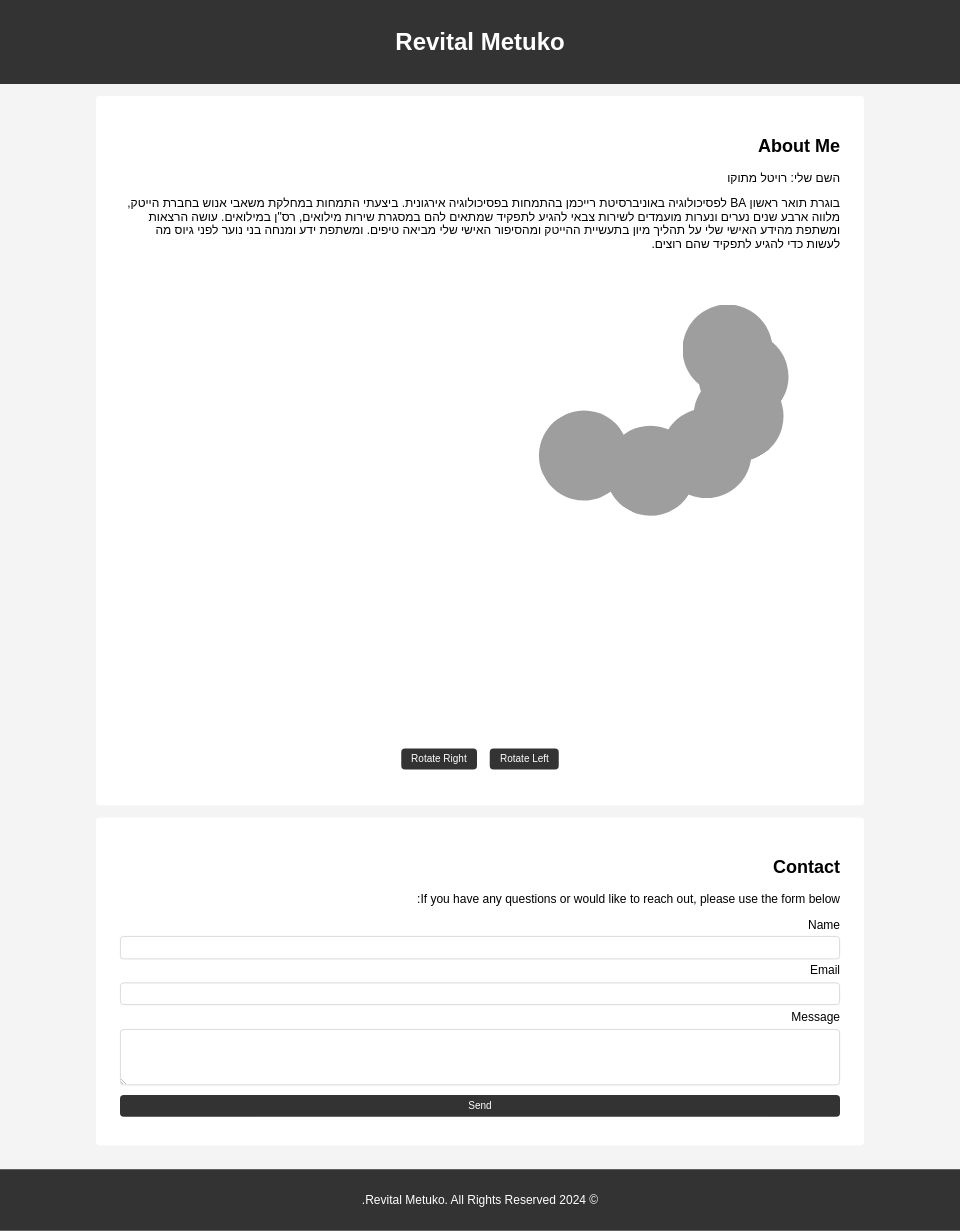
Repository: revitalmetuko/spiral-gallery
Page: RevitalWeb/index.html
The author's editor kept a copy of each file at every save. The page is drawn from the files as they stood at one save, then again after a run of saves.
The browser window is 1280 px wide. The pictures show the whole page, at 75% of full size.
Pictures or frames that could not be fetched are drawn as grey boxes.

Above is the page before, as saved 2024-08-03 22:31:41.

After the next 2 saves:
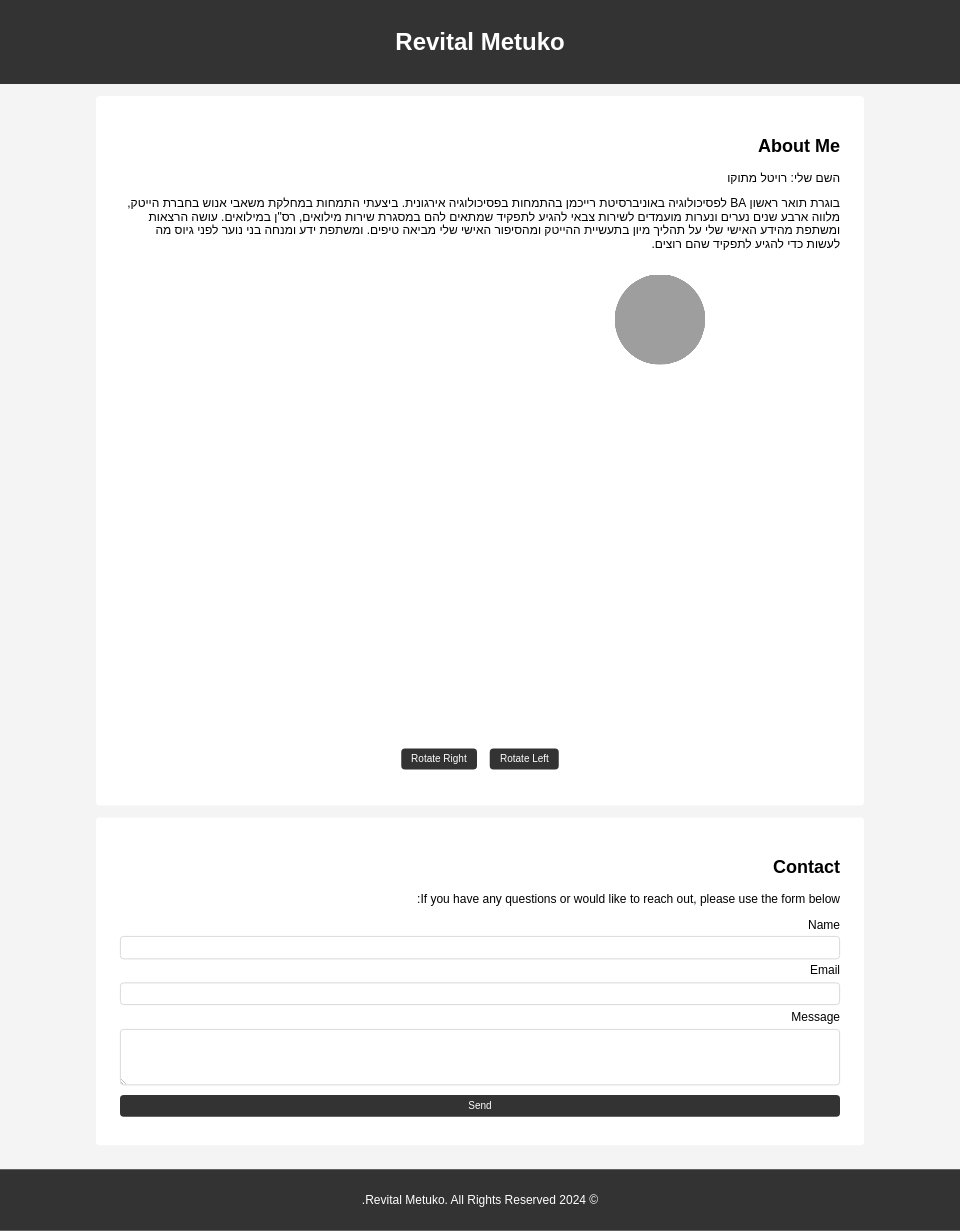
Console error: SyntaxError: Unexpected token ';'
The 2 saves are shown as one change because they came seconds apart.
The last was saved 10 s later.
--- a/RevitalWeb/index.html
+++ b/RevitalWeb/index.html
@@ -139,7 +139,7 @@
         function updateSpiral() {
             images.forEach((img, index) => {
                 const angle = index * angleStep + currentAngle;
-                const radians = angle * (Math.PI / 200);
+                const radians = angle * (Math.PI / 500();
                 const x = centerX + currentRadius * Math.cos(radians) - 60;  // Adjusted for larger image size
                 const y = centerY + currentRadius * Math.sin(radians) - 60;  // Adjusted for larger image size
                 img.style.transform = `translate(${x}px, ${y}px) rotate(${angle}deg)`;

After the save that followed:
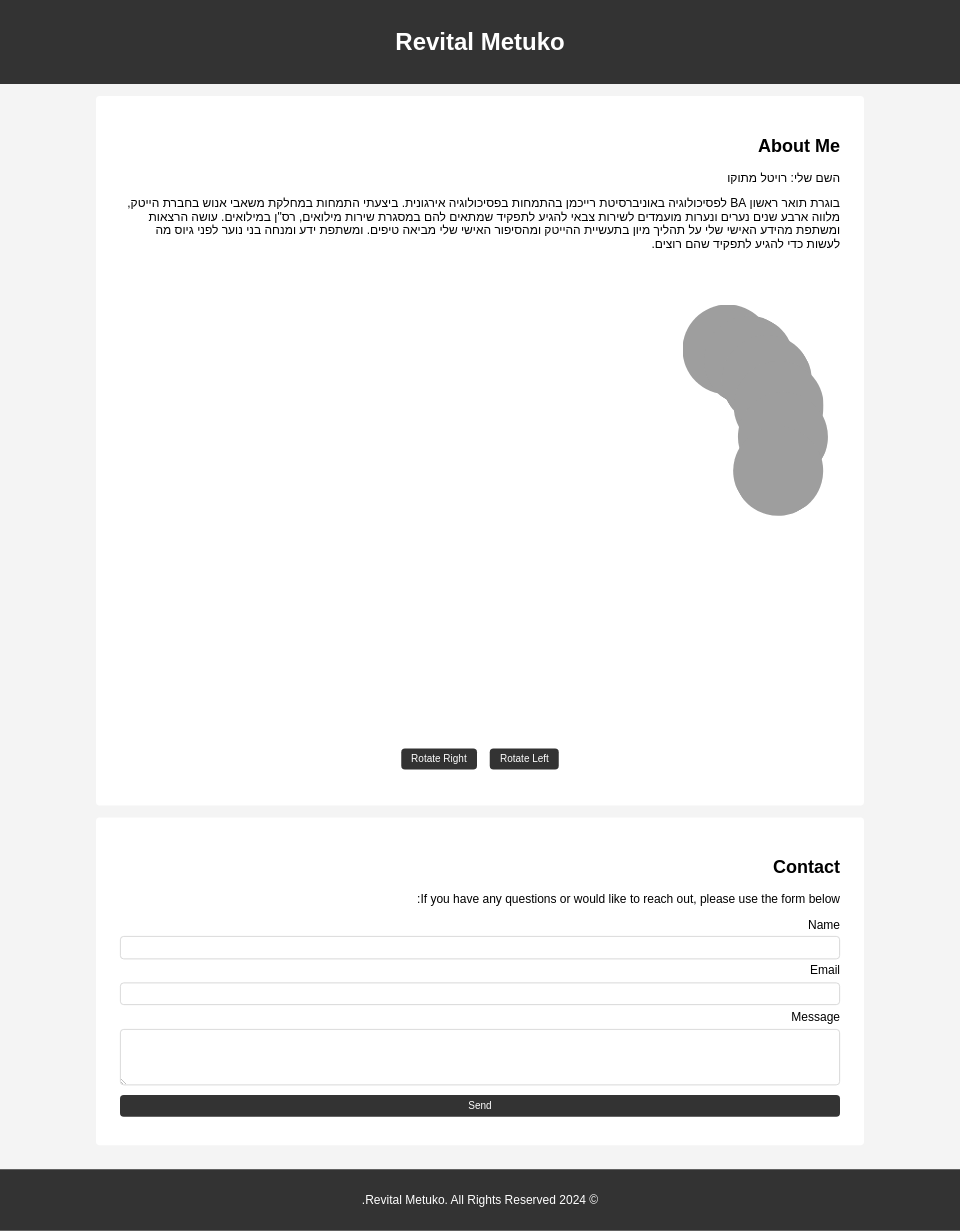
The error is gone.
Saved 4 s later.
--- a/RevitalWeb/index.html
+++ b/RevitalWeb/index.html
@@ -139,7 +139,7 @@
         function updateSpiral() {
             images.forEach((img, index) => {
                 const angle = index * angleStep + currentAngle;
-                const radians = angle * (Math.PI / 500();
+                const radians = angle * (Math.PI / 500);
                 const x = centerX + currentRadius * Math.cos(radians) - 60;  // Adjusted for larger image size
                 const y = centerY + currentRadius * Math.sin(radians) - 60;  // Adjusted for larger image size
                 img.style.transform = `translate(${x}px, ${y}px) rotate(${angle}deg)`;
